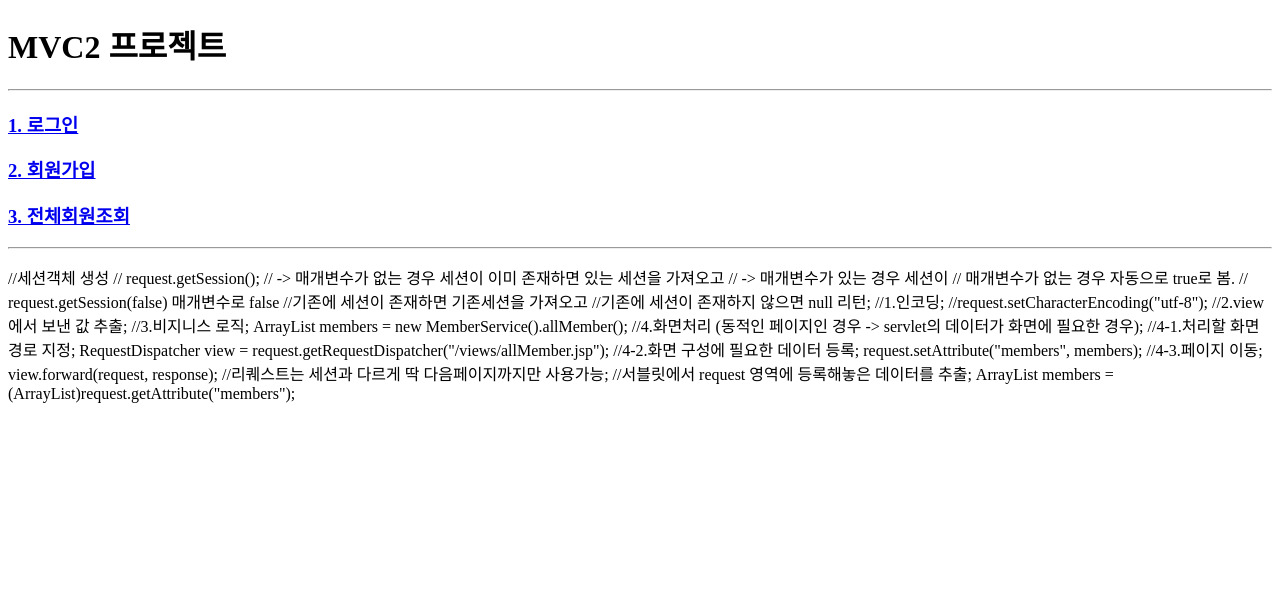
Repository: beescuit9510/toyProjects
Page: http://localhost/06_mvc2Project/
An editor plug-in stored every save of this project. The page is shown before and after the next save, followed by the edit.
The browser window is 1280 px wide. The pictures show the whole page.
The page is served by Tomcat 9. Other server files are loaded and not shown.

Above is the page before, as saved 2021-10-01 03:16:57.

### web-server-workplace/06_mvc2Project/src/main/webapp/index.jsp
<%@ page language="java" contentType="text/html; charset=UTF-8"
    pageEncoding="UTF-8"%>
<!DOCTYPE html>
<html>
<head>
<meta charset="UTF-8">
<title>MVC2 프로젝트</title>
</head>
<body>
	<h1>MVC2 프로젝트</h1>
	<hr>
	<h3><a href="/views/loginFrm.jsp">1. 로그인</a></h3>
	<h3><a href="/views/joinFrm.jsp">2. 회원가입</a></h3>
	<h3><a href="/allMember">3. 전체회원조회</a></h3>

	<hr>
	<p>

		//세션객체 생성
		// request.getSession();
		// -> 매개변수가 없는 경우 세션이 이미 존재하면 있는 세션을 가져오고
		// -> 매개변수가 있는 경우 세션이
		// 매개변수가 없는 경우 자동으로 true로 봄.

		// request.getSession(false) 매개변수로 false
		//기존에 세션이 존재하면 기존세션을 가져오고
		//기존에 세션이 존재하지 않으면 null 리턴;



		//1.인코딩;
		//request.setCharacterEncoding("utf-8");

		//2.view에서 보낸 값 추출;

		//3.비지니스 로직;
		ArrayList<Member> members = new MemberService().allMember();

		//4.화면처리 (동적인 페이지인 경우 -> servlet의 데이터가 화면에 필요한 경우);
		//4-1.처리할 화면 경로 지정;
		RequestDispatcher view = request.getRequestDispatcher("/views/allMember.jsp");
		//4-2.화면 구성에 필요한 데이터 등록;
		request.setAttribute("members", members);
		//4-3.페이지 이동;
		view.forward(request, response);

		//리퀘스트는 세션과 다르게 딱 다음페이지까지만 사용가능;







		//서블릿에서 request 영역에 등록해놓은 데이터를 추출;
    	ArrayList<Member> members = (ArrayList<Member>)request.getAttribute("members");

</body>
</html>

After the next save:
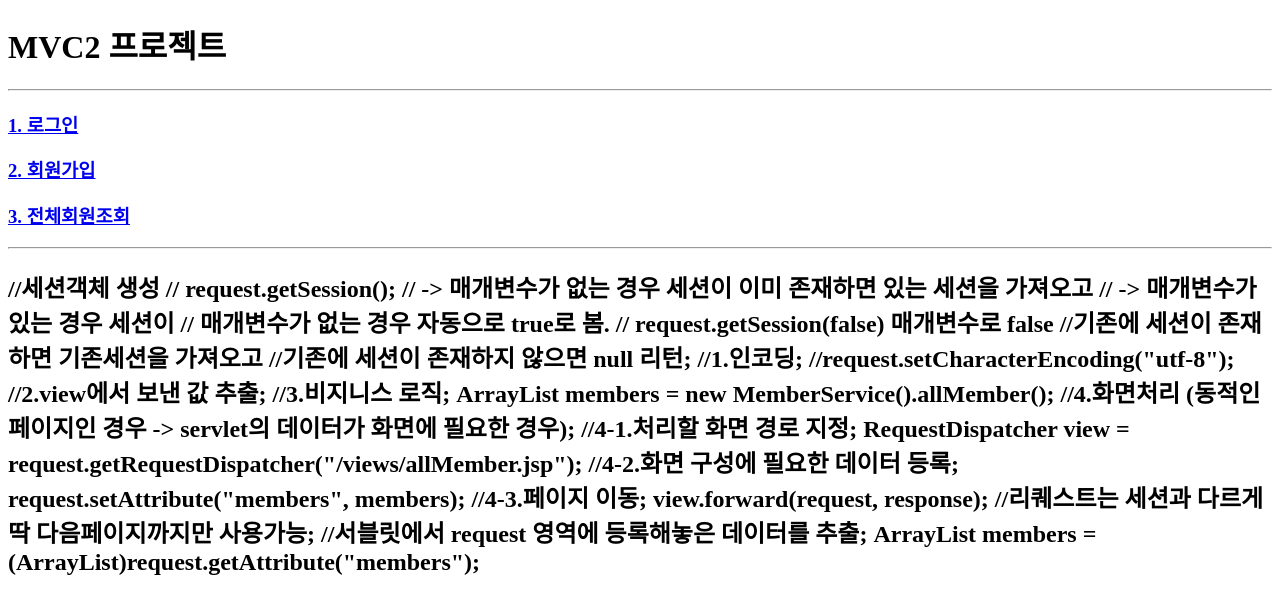
Saved 42 s later.
--- a/web-server-workplace/06_mvc2Project/src/main/webapp/index.jsp
+++ b/web-server-workplace/06_mvc2Project/src/main/webapp/index.jsp
@@ -14,7 +14,7 @@
 	<h3><a href="/allMember">3. 전체회원조회</a></h3>
 
 	<hr>
-	<p>
+	<h2>
 
 		//세션객체 생성
 		// request.getSession();
